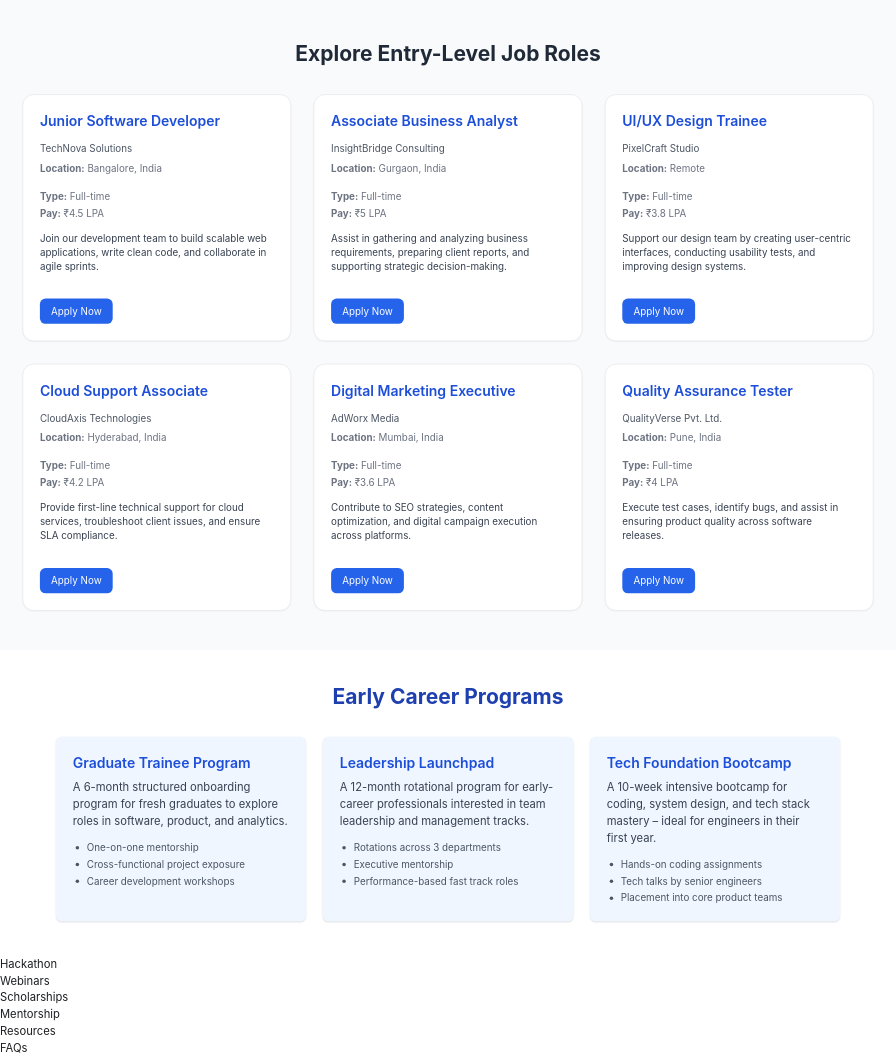
Repository: Siddharthkothiyal/GharPadhaaroCareerWebsite
Page: /students
These files come from the project's save history. The page is drawn as it stood at one moment and after the next save; the edit follows.
The browser window is 1280 px wide. The pictures show the part of the page from y = 1112 to 3032 px (the page is 2620 px tall before and 3032 px after), at 70% of full size.
The project was rebuilt for these pictures with package versions that can differ from the ones it lists, and the page was loaded fresh each time. Also part of the build but not shown: src/components/CareerPortal/JobListing/JobListings.css, src/components/CareerPortal/JobListing/JobListings.js, src/components/CareerPortal/Header.css, src/components/CareerPortal/ResumeUpload.css, src/components/CareerPortal/ResumeUpload.js, src/components/CareerPortal/Header.js, src/components/CareerPortal/JobListing/JobSearch.css, src/components/CareerPortal/JobListing/JobSearch.js and 10 more.

Above is the page before, as saved 2025-06-21 20:33:43.

### public/index.html
<!DOCTYPE html>
<html lang="en">

<head>
  <meta charset="utf-8" />
  <link rel="icon" href="%PUBLIC_URL%/favicon.ico" />
  <meta name="viewport" content="width=device-width, initial-scale=1" />
  <meta name="theme-color" content="#000000" />
  <meta name="description" content="GharPadharo - Find your perfect stay" />

  <!-- Font Awesome CDN (latest) -->
  <link rel="stylesheet" href="https://cdnjs.cloudflare.com/ajax/libs/font-awesome/6.5.2/css/all.min.css"
    integrity="sha512-SnH5WK+bZxgPHs44uWIX+LLJAJ9/2PkPKZ5QiAj6Ta86w+fsb2TkcmfRyVX3pBnMFcV7oQPJkl9QevSCWr3W6A=="
    crossorigin="anonymous" referrerpolicy="no-referrer" />

  <link rel="apple-touch-icon" href="%PUBLIC_URL%/logo192.png" />
  <title>GharPadharo</title>
</head>

<body>
  <noscript>You need to enable JavaScript to run this app.</noscript>
  <div id="root"></div>
  <!--
      This HTML file is a template.
      If you open it directly in the browser, you will see an empty page.

      You can add webfonts, meta tags, or analytics to this file.
      The build step will place the bundled scripts into the <body> tag.

      To begin the development, run `npm start` or `yarn start`.
      To create a production bundle, use `npm run build` or `yarn build`.
    -->
</body>

</html>

### src/index.css
@tailwind base;
@tailwind components;
@tailwind utilities;

/* You can keep your custom CSS below if needed */

body {
  margin: 0;
  font-family: -apple-system, BlinkMacSystemFont, 'Segoe UI', 'Roboto', 'Oxygen',
    'Ubuntu', 'Cantarell', 'Fira Sans', 'Droid Sans', 'Helvetica Neue',
    sans-serif;
  -webkit-font-smoothing: antialiased;
  -moz-osx-font-smoothing: grayscale;
}

code {
  font-family: source-code-pro, Menlo, Monaco, Consolas, 'Courier New',
    monospace;
}

### src/App.js
import React from 'react';

import { BrowserRouter as Router, Routes, Route } from 'react-router-dom';
import JobListings from './components/CareerPortal/JobListing/JobListings';

import './App.css';
import CareerPortal from './components/CareerPortal';
import Login from './components/Auth/Login';
import Signup from './components/Auth/Signup';
import LandingPage from './components/LandingPage/LandingPage';



import StudentsPage from './components/CareerPortal/StudentsPage/StudentsPage';

// import JobCategory from './components/CareerPortal/JobListing/JobCategory';
// import JobLocation from './components/CareerPortal/JobListing/JobLocation';



function App() {
  return (
    <Router>
      <div className="App">


        <Routes>
          <Route path="/" element={<LandingPage />} />
          <Route path="/careers" element={<CareerPortal />} />
          <Route path="/login" element={<Login />} />
          <Route path="/signup" element={<Signup />} />

          {/* <Route path="/jobs/:category" element={<JobCategory />} />
          <Route path="/jobs/location/:location" element={<JobLocation />} /> */}
          <Route path="/students" element={<StudentsPage />} />
          <Route path="/job-listings" element={<JobListings />} />




        </Routes>
      </div>
    </Router>
  );
}

export default App;

### src/components/CareerPortal/StudentsPage/StudentsPage.js
import React from "react";
import { Element } from "react-scroll";

import Internships from "./sections/Internships";
import FreshersJob from "./sections/FreshersJob";
import EarlyCareers from "./sections/EarlyCareers";
import Hackathon from "./sections/Hackathons";
import Webinars from "./sections/Webinars";
import Scholarships from "./sections/Scholarships";
import Mentorship from "./sections/Mentorship";
import Resources from "./sections/Resources";
import FAQs from "./sections/FAQs";

const StudentsPage = () => {
  return (
    <div className="bg-white">
      {/* Page Header */}
      <section className="bg-blue-700 text-white py-10">
        <div className="max-w-6xl mx-auto text-center px-4">
          <h1 className="text-4xl font-bold">Opportunities for Students</h1>
          <p className="mt-2 text-lg">
            Discover internships, job roles, and resources tailored for students.
          </p>
        </div>
      </section>

      {/* Internships */}
      <Element name="internships">
        <Internships />
      </Element>

      {/* Fresher Jobs */}
      <Element name="fresher-jobs">
        <FreshersJob />
      </Element>

      {/* Early Career Programs */}
      <Element name="early-careers">
        <EarlyCareers />
      </Element>

      {/* Hackathons */}
      <Element name="hackathons">
        <Hackathon />
      </Element>

      {/* Webinars */}
      <Element name="webinars">
        <Webinars />
      </Element>

      {/* Scholarships */}
      <Element name="scholarships">
        <Scholarships />
      </Element>

      {/* Mentorship */}
      <Element name="mentorship">
        <Mentorship />
      </Element>

      {/* Learning Resources */}
      <Element name="resources">
        <Resources />
      </Element>

      {/* FAQs */}
      <Element name="faqs">
        <FAQs />
      </Element>
    </div>
  );
};

export default StudentsPage;

### src/components/CareerPortal/CareerPortal.css
/* GharPadharo Career Portal Styles */
:root {
  --gharpadhaaro-blue: #0866ff;
  --gharpadhaaro-blue-dark: #0756d6;
  --gharpadhaaro-gray: #f0f2f5;
  --gharpadhaaro-text: #1c1e21;
  --gharpadhaaro-text-secondary: #65676b;
  --gharpadhaaro-white: #ffffff;
  --gharpadhaaro-border: #dadde1;
  --gharpadhaaro-success: #42b72a;
  --gharpadhaaro-error: #fa383e;
  --gharpadhaaro-shadow: rgba(0, 0, 0, 0.1);
  --gharpadhaaro-radius: 8px;
  --gharpadhaaro-transition: all 0.2s ease;
}

/* Global Styles */
.career-portal {
  font-family: 'Optimistic Display', -apple-system, BlinkMacSystemFont, 'Segoe UI', Roboto, Oxygen, Ubuntu, Cantarell, 'Open Sans', 'Helvetica Neue', sans-serif;
  color: var(--gharpadhaaro-text);
  line-height: 1.5;
  background-color: var(--gharpadhaaro-white);
}

.container {
  max-width: 1200px;
  margin: 0 auto;
  padding: 0 24px;
}

/* Hero Section */
.hero-section {
  background: linear-gradient(135deg, #0866ff 0%, #535699 100%);
  color: var(--meta-white);
  padding: 100px 0;
  text-align: center;
}

.hero-content {
  max-width: 800px;
  margin: 0 auto;
  padding: 0 24px;
}

.hero-content h1 {
  font-size: 48px;
  font-weight: 700;
  margin-bottom: 24px;
  line-height: 1.2;
}

.hero-content p {
  color: black;
  font-size: 20px;
  margin-bottom: 40px;
  margin-left: 70px;

}

/* Job Search Section */
.job-search-section {
  padding: 60px 0;
  background-color: var(--meta-white);
}

.filters-and-results {
  display: grid;
  grid-template-columns: 300px 1fr;
  gap: 30px;
}

/* Featured Teams Section */
.featured-teams-section {
  padding: 80px 0;
  background-color: var(--meta-gray);
}

.featured-teams-section h2 {
  font-size: 36px;
  font-weight: 700;
  margin-bottom: 16px;
  text-align: center;
}

.featured-teams-section p {
  font-size: 18px;
  color: var(--meta-text-secondary);
  max-width: 700px;
  margin: 0 auto 40px;
  text-align: center;
}

/* Buttons */
.btn {
  display: inline-flex;
  align-items: center;
  justify-content: center;
  padding: 12px 24px;
  border-radius: 0px;
  font-weight: 600;
  font-size: 16px;
  cursor: pointer;
  transition: var(--meta-transition);
  border: none;
}

.btn-primary {
  background-color: var(--meta-blue);
  color: var(--meta-white);
}

.btn-primary:hover {
  background-color: var(--meta-blue-dark);
}

.btn-secondary {
  background-color: var(--meta-gray);
  color: var(--meta-text);
  margin-left: 50px;
}

.btn-secondary:hover {
  background-color: #e4e6eb;
}

/* Form Elements */
.input-group {
  position: relative;
  margin-bottom: 16px;
}

.input-field {
  width: 100%;
  padding: 14px 16px;
  border-radius: var(--meta-radius);
  border: 1px solid var(--meta-border);
  font-size: 16px;
  transition: var(--meta-transition);
}

.input-field:focus {
  border-color: var(--meta-blue);
  outline: none;
  box-shadow: 0 0 0 2px rgba(8, 102, 255, 0.2);
}

/* Responsive */
@media (max-width: 992px) {
  .filters-and-results {
    grid-template-columns: 1fr;
  }

  .hero-content h1 {
    font-size: 36px;
  }

  .hero-content p {
    font-size: 18px;
  }
}

@media (max-width: 576px) {
  .hero-content h1 {
    font-size: 28px;
  }

  .hero-content p {
    font-size: 16px;
  }

  .featured-teams-section h2 {
    font-size: 28px;
  }
}

### src/components/Auth/Auth.css
/* Auth.css - Styles for Login and Signup components */

:root {
  --primary-color: #535699; /* GharPadharo blue */
  --secondary-color: #42B72A; /* GharPadharo green */
  --text-color: #1C1E21;
  --light-text: #606770;
  --error-color: #FA383E;
  --border-color: #DADDE1;
  --background-color: #F0F2F5;
  --card-background: #FFFFFF;
  --hover-color: #E7F3FF;
  --focus-shadow: 0 0 0 2px rgba(83, 86, 153, 0.2);
}

/* Auth Container */
.auth-container {
  display: flex;
  justify-content: center;
  align-items: center;
  min-height: 100vh;
  background-color: var(--background-color);
  padding: 20px;
}

/* Auth Card */
.auth-card {
  background-color: var(--card-background);
  border-radius: 8px;
  box-shadow: 0 2px 4px rgba(0, 0, 0, 0.1), 0 8px 16px rgba(0, 0, 0, 0.1);
  width: 100%;
  max-width: 400px;
  padding: 20px;
}

/* Auth Header */
.auth-header {
  text-align: center;
  margin-bottom: 20px;
}

.auth-logo {
  width: 40px;
  height: 40px;
  margin-bottom: 10px;
}

.auth-header h2 {
  font-size: 24px;
  font-weight: 600;
  color: var(--text-color);
  margin: 0;
}

.gharpadharo-logo{
  width: 60px;
  height: 60px;
}

/* Auth Form */
.auth-form {
  display: flex;
  flex-direction: column;
  gap: 16px;
}

.form-group {
  display: flex;
  flex-direction: column;
}

.form-group label {
  font-size: 14px;
  font-weight: 500;
  margin-bottom: 6px;
  color: var(--text-color);
}

.form-group input {
  padding: 12px 14px;
  border: 1px solid var(--border-color);
  border-radius: 6px;
  font-size: 16px;
  transition: border-color 0.2s, box-shadow 0.2s;
}

.form-group input:focus {
  outline: none;
  border-color: #535699;
  box-shadow: var(--focus-shadow);
}

.form-group input.error {
  border-color: var(--error-color);
}

.error-message {
  color: var(--error-color);
  font-size: 12px;
  margin-top: 4px;
}

/* Terms and Privacy */
.terms-privacy {
  font-size: 12px;
  color: 535699;
  margin-bottom: 10px;
  text-align: center;
}

.terms-privacy a {
  color: 535699;
  text-decoration: none;
}

.terms-privacy a:hover {
  text-decoration: underline;
}

/* Auth Button */
.auth-button {
  background-color: #535699;
  color: white;
  border: none;
  border-radius: 6px;
  padding: 12px;
  font-size: 16px;
  font-weight: 600;
  cursor: pointer;
  transition: background-color 0.2s;
  margin-top: 10px;
}

.auth-button:hover {
  background-color: #535699;
}

/* Auth Footer */
.auth-footer {
  margin-top: 20px;
  text-align: center;
}

.forgot-password {
  color: #535699;
  text-decoration: none;
  font-size: 14px;
  display: block;
  margin-bottom: 16px;
}

.forgot-password:hover {
  text-decoration: underline;
}

.auth-redirect {
  font-size: 14px;
  color: var(--light-text);
  margin: 0;
}

.auth-redirect a {
  color: #535699;
  text-decoration: none;
  font-weight: 500;
}

.auth-redirect a:hover {
  text-decoration: underline;
}

/* Responsive adjustments */
@media (max-width: 480px) {
  .auth-card {
    padding: 16px;
  }

  .auth-header h2 {
    font-size: 20px;
  }

  .form-group input {
    padding: 10px 12px;
    font-size: 14px;
  }

  .auth-button {
    padding: 10px;
    font-size: 14px;
  }
}

### src/components/LandingPage/LandingPage.css
/* LandingPage.css - Styles for the landing page */

:root {
  --primary-color: #535699; /* GharPadharo blue */
  --secondary-color: #42B72A; /* GharPadharo green */
  --text-color: #1C1E21;
  --light-text: #606770;
  --border-color: #DADDE1;
  --background-color: #F0F2F5;
  --card-background: #FFFFFF;
  --hover-color: #c8e4ff;
  --focus-shadow: 0 0 0 2px rgba(24, 119, 242, 0.2);
  --border-color: #blue;
  --background-color: #535699;
  --card-background: white;
  --hover-color: #E7F3FF;
  --focus-shadow: 0 0 0 2px rgba(83, 86, 153, 0.2);
}
/* General Styles */
.landing-page {
  font-family: 'Segoe UI', 'Helvetica Neue', sans-serif;
  color: var(--text-color);
  line-height: 1.5;
}

.container {
  max-width: 1200px;
  margin: 0 auto;
  padding: 0 20px;
}

section {
  padding: 60px 0;
}

h1, h2, h3, h4 {
  margin-top: 0;
  font-weight: 600;
}

h1 {
  font-size: 3rem;
  line-height: 1.2;
  margin-bottom: 20px;
}

h2 {
  font-size: 2.25rem;
  margin-bottom: 30px;
  text-align: center;
}

h3 {
  font-size: 1.5rem;
  margin-bottom: 15px;
}

p {
  margin-bottom: 20px;
}

.btn {
  display: inline-block;
  padding: 12px 24px;
  border-radius: 6px;
  font-weight: 600;
  text-decoration: none;
  text-align: center;
  cursor: pointer;
  transition: all 0.2s ease;
  margin-right: 12px;
  margin-bottom: 12px;
}

.btn-primary {
  background-color:  #0CAFFF;
  color: white;
  border: none;
}

.btn-primary:hover {
  background-color: whitesmoke;
  color: black;
}

.btn-secondary {
  background-color: var(--secondary-color);
  color: white;
  border: none;
}

.btn-secondary:hover {
  background-color: whitesmoke;
  color: black;
}

.btn-outline {
  background-color: white;
  color: black;
  border: white;
}

.btn-outline:hover {
  background-color: #0CAFFF;
  color: black;
}

/* Hero Section */
.hero {
  background-color: var(--background-color);
  padding: 80px 0;
}

.hero .container {
  display: flex;
  align-items: center;
  justify-content: space-between;
  gap: 40px;
}

.hero-content {
  flex: 1;
}

.hero-content p {
  font-size: 1.25rem;
  color: 535699;
  margin-bottom: 30px;
  max-width: 900px;
  margin-left: 8.5px;
}

.hero-buttons {
  display: flex;
  flex-wrap: wrap;
}

.hero-image {
  flex: 1;
  display: flex;
  justify-content: center;
  align-items: center;
}

.image-placeholder {
  background-color: 535699;
  border-radius: 12px;
  padding: 20px;
  display: flex;
  justify-content: center;
  align-items: center;
}


/* Features Section */
.features {
  background-color: white;
}

.features-grid {
  display: grid;
  grid-template-columns: repeat(auto-fit, minmax(250px, 1fr));
  gap: 30px;
  margin-top: 40px;
}

.feature-card {
  background-color: var(--card-background);
  border-radius: 12px;
  padding: 30px;
  box-shadow: 0 2px 4px rgba(0, 0, 0, 0.05);
  transition: transform 0.3s ease, box-shadow 0.3s ease;
}

.feature-card:hover {
  transform: scale(1.05);
  box-shadow: 0 10px 20px rgba(0, 0, 0, 0.1);
}

.feature-icon {
  margin-bottom: 20px;
}

.feature-card h3 {
  color: var(--text-color);
}

.feature-card p {
  color: var(--light-text);
  margin-bottom: 0;
}

/* Teams Section */
.teams-section {
  background-color: var(--background-color);
}

.section-description {
  text-align: center;
  max-width: 700px;
  margin: 0 auto 40px;
  color:white;
  font-size: 1.1rem;
}

.teams-carousel {
  display: grid;
  grid-template-columns: repeat(auto-fit, minmax(250px, 1fr));
  gap: 20px;
  margin-top: 30px;
}

.team-item {
  background-color: white;
  border-radius: 8px;
  padding: 25px;
  box-shadow: 0 2px 4px rgba(0, 0, 0, 0.05);
  transition: transform 0.3s ease;
}

.team-item:hover {
  transform: translateY(-5px);
}

.team-item h3 {
  color: var(--primary-color);
  margin-bottom: 10px;
}

.team-item p {
  color: var(--light-text);
  margin-bottom: 15px;
}

.team-link {
  color: var(--primary-color);
  text-decoration: none;
  font-weight: 600;
  display: inline-flex;
  align-items: center;
}

.team-link span {
  margin-left: 5px;
  transition: transform 0.2s ease;
}

.team-link:hover span {
  transform: translateX(3px);
}

/* Testimonials Section */
.testimonials {
  background-color: white;
}

.testimonial-card {
  max-width: 800px;
  margin: 0 auto;
  background-color: var(--card-background);
  border-radius: 12px;
  padding: 40px;
  box-shadow: 0 4px 12px rgba(0, 0, 0, 0.08);
  position: relative;
}

.quote-mark {
  font-size: 60px;
  color: var(--primary-color);
  opacity: 0.2;
  position: absolute;
  top: 20px;
  left: 20px;
  line-height: 1;
}

.testimonial-text {
  font-size: 1.25rem;
  line-height: 1.6;
  margin-bottom: 30px;
  position: relative;
  z-index: 1;
}

.testimonial-author {
  display: flex;
  align-items: center;
}

.author-avatar {
  width: 50px;
  height: 50px;
  border-radius: 50%;
  background-color: var(--primary-color);
  margin-right: 15px;
}

.author-info h4 {
  margin: 0;
  font-size: 1.1rem;
}

.author-info p {
  margin: 5px 0 0;
  color: var(--light-text);
  font-size: 0.9rem;
}

/* CTA Section */
.cta-section {
  background-color: var(--primary-color);
  color: white;
  text-align: center;
  padding: 80px 0;
}

.cta-section h2 {
  color: white;
  margin-bottom: 15px;
}

.cta-section p {
  color: rgba(255, 255, 255, 0.9);
  font-size: 1.2rem;
  margin-bottom: 30px;
  max-width: 700px;
  margin-left: auto;
  margin-right: auto;
}

.cta-buttons {
  display: flex;
  justify-content: center;
  flex-wrap: wrap;
  gap: 15px;
}

.cta-section .btn-primary {
  background-color: #42B72A;
  color:black;
}

.cta-section .btn-primary:hover {
  background-color: #f5f5f5;
}

.cta-section .btn-secondary {
  background-color: transparent;
  color: white;
  border: 1px solid white;
}

.cta-section .btn-secondary:hover {
  background-color: rgba(255, 255, 255, 0.1);
}

/* Responsive Styles */
@media (max-width: 992px) {
  h1 {
    font-size: 2.5rem;
  }

  h2 {
    font-size: 2rem;
  }

  .hero .container {
    flex-direction: column;
  }

  .hero-content, .hero-image {
    flex: none;
    width: 100%;
    text-align: center;
  }

  .hero-content p {
    margin-left: auto;
    margin-right: auto;
  }

  .hero-buttons {
    justify-content: center;
  }
}

@media (max-width: 768px) {
  section {
    padding: 40px 0;
  }

  h1 {
    font-size: 2rem;
  }

  h2 {
    font-size: 1.75rem;
  }

  .features-grid, .teams-carousel {
    grid-template-columns: 1fr;
  }

  .testimonial-card {
    padding: 30px 20px;
  }

  .testimonial-text {
    font-size: 1.1rem;
  }
}

### src/components/CareerPortal/StudentsPage/sections/Hackathons.js
import React from 'react';
function Hackathons() {
    return (
        <div>
            Hackathon
        </div>
     );
}

export default Hackathons;

### src/components/CareerPortal/StudentsPage/sections/Webinars.js
import React from 'react';
function Webinars() {
    return (
        <div>Webinars</div>
     );
}

export default Webinars;

### src/components/CareerPortal/StudentsPage/sections/Scholarships.js
import React from 'react';
function Scholarships() {
    return (
        <div>
            Scholarships
        </div>
     );
}

export default Scholarships;

### src/components/CareerPortal/StudentsPage/sections/Mentorship.js
import React from 'react';
function Mentorship() {
    return (
        <div>
            Mentorship
        </div>
     );
}

export default Mentorship;

### src/components/CareerPortal/StudentsPage/sections/Resources.js
import React from 'react';
function Resources() {
    return (
        <div>Resources</div>
     );
}

export default Resources;

### src/components/CareerPortal/StudentsPage/sections/FAQs.js
import React from 'react';
function FAQs() {
    return (
        <div>  FAQs</div>
     );
}

export default FAQs;

Loaded but not shown: src/index.js (common file); src/reportWebVitals.js (common file); src/App.css (common file); tailwind.config.js (common file); src/components/CareerPortal/StudentsPage/sections/Internships.js (102 lines, source omitted); src/components/CareerPortal/StudentsPage/sections/FreshersJob.js (102 lines, source omitted); src/components/CareerPortal/StudentsPage/sections/EarlyCareers.js (62 lines, source omitted)

After the next save:
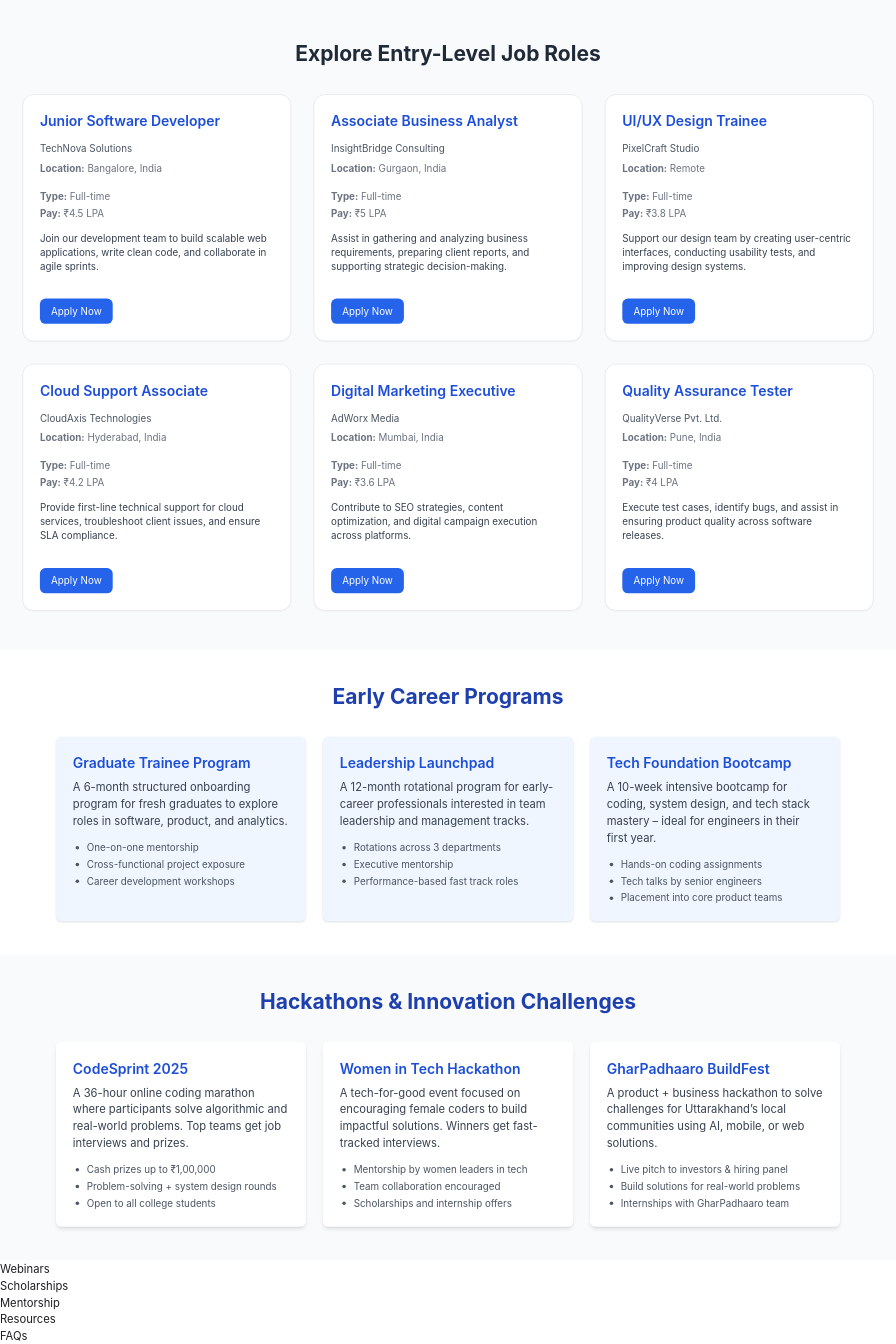
Saved 109 s later.
--- a/src/components/CareerPortal/StudentsPage/sections/Hackathons.js
+++ b/src/components/CareerPortal/StudentsPage/sections/Hackathons.js
@@ -1,10 +1,62 @@
-import React from 'react';
-function Hackathons() {
-    return (
-        <div>
-            Hackathon
+import React from "react";
+
+const Hackathon = () => {
+  return (
+    <section className="py-12 bg-gray-50">
+      <div className="max-w-6xl mx-auto px-4">
+        <h2 className="text-3xl font-bold text-center text-blue-800 mb-10">
+          Hackathons & Innovation Challenges
+        </h2>
+
+        <div className="grid md:grid-cols-3 gap-6">
+          {/* Hackathon 1 */}
+          <div className="bg-white rounded-lg shadow-md p-6 hover:shadow-lg transition">
+            <h3 className="text-xl font-semibold text-blue-700 mb-2">
+              CodeSprint 2025
+            </h3>
+            <p className="text-gray-700 mb-4">
+              A 36-hour online coding marathon where participants solve algorithmic and real-world problems. Top teams get job interviews and prizes.
+            </p>
+            <ul className="text-sm text-gray-600 list-disc pl-5 space-y-1">
+              <li>Cash prizes up to ₹1,00,000</li>
+              <li>Problem-solving + system design rounds</li>
+              <li>Open to all college students</li>
+            </ul>
+          </div>
+
+          {/* Hackathon 2 */}
+          <div className="bg-white rounded-lg shadow-md p-6 hover:shadow-lg transition">
+            <h3 className="text-xl font-semibold text-blue-700 mb-2">
+              Women in Tech Hackathon
+            </h3>
+            <p className="text-gray-700 mb-4">
+              A tech-for-good event focused on encouraging female coders to build impactful solutions. Winners get fast-tracked interviews.
+            </p>
+            <ul className="text-sm text-gray-600 list-disc pl-5 space-y-1">
+              <li>Mentorship by women leaders in tech</li>
+              <li>Team collaboration encouraged</li>
+              <li>Scholarships and internship offers</li>
+            </ul>
+          </div>
+
+          {/* Hackathon 3 */}
+          <div className="bg-white rounded-lg shadow-md p-6 hover:shadow-lg transition">
+            <h3 className="text-xl font-semibold text-blue-700 mb-2">
+              GharPadhaaro BuildFest
+            </h3>
+            <p className="text-gray-700 mb-4">
+              A product + business hackathon to solve challenges for Uttarakhand’s local communities using AI, mobile, or web solutions.
+            </p>
+            <ul className="text-sm text-gray-600 list-disc pl-5 space-y-1">
+              <li>Live pitch to investors & hiring panel</li>
+              <li>Build solutions for real-world problems</li>
+              <li>Internships with GharPadhaaro team</li>
+            </ul>
+          </div>
         </div>
-     );
-}
+      </div>
+    </section>
+  );
+};
 
-export default Hackathons;
+export default Hackathon;
